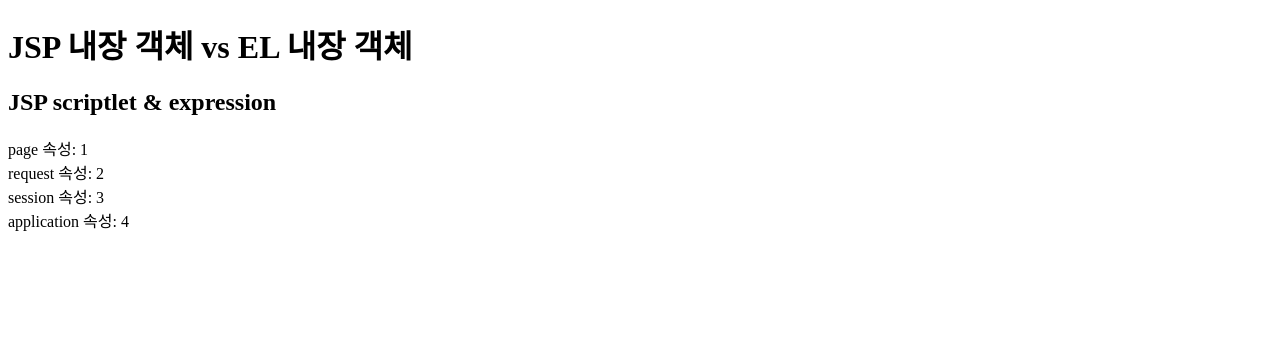
Repository: ljh5973/labweb
Page: http://localhost/JSP03/04_scope.jsp
An editor plug-in stored every save of this project. The page is shown before and after the next save, followed by the edit.
The browser window is 1280 px wide. The pictures show the whole page.
The page is served by Tomcat 9.

Above is the page before, as saved 2022-01-10 08:21:56.

After the next save:
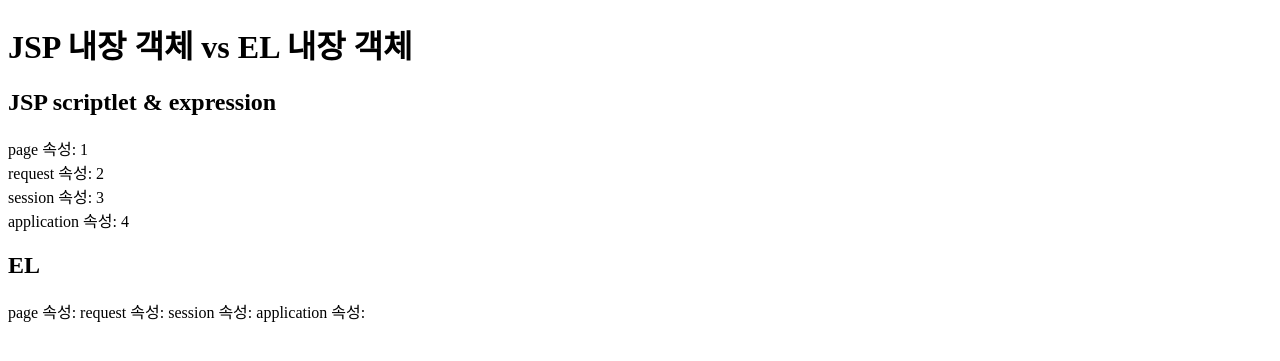
Saved 2 min 34 s later.
--- a/JSP03/webapp/04_scope.jsp
+++ b/JSP03/webapp/04_scope.jsp
@@ -47,5 +47,14 @@
 	session 속성: <%= session.getAttribute("number3") %><br>
 	application 속성: <%= application.getAttribute("number4") %>
 	</div>
+
+	<h2>EL</h2>
+
+	<div>
+	page 속성:
+	request 속성:
+	session 속성:
+	application 속성:
+	</div>
 	</body>
 </html>
